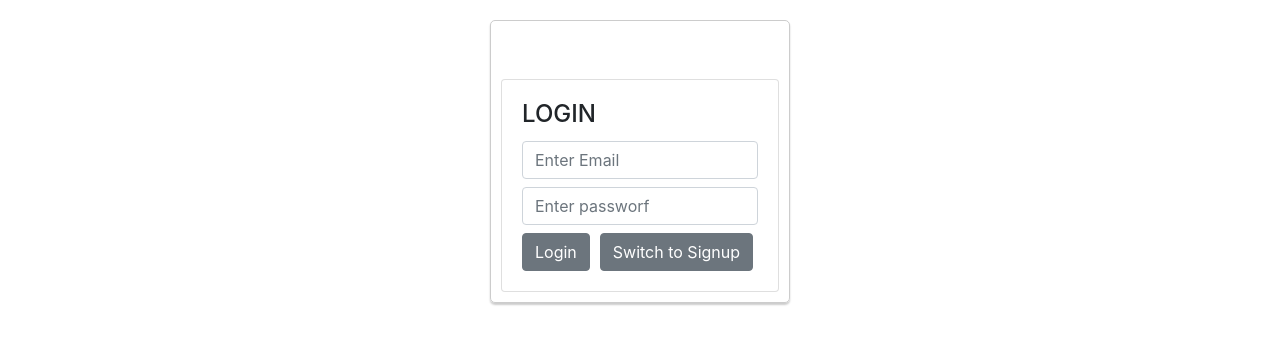
Repository: hosseinemami1370/iranicard
Page: /auth
An editor plug-in stored every save of this project. The page is shown before and after the next save, followed by the edit.
The browser window is 1280 px wide. The pictures show the whole page.
The project was rebuilt for these pictures with package versions that can differ from the ones it lists, and the page was loaded fresh each time. The framework's server and built-in components were replaced by stand-ins that run in the browser. Also part of the build but not shown: nuxt.config.js, components/Header.vue, components/Logo.vue, components/UI/AppButton.vue, components/navigation/Header.vue, layouts/admin.vue, layouts/error.vue, layouts/header.vue.

Above is the page before, as saved 2021-03-13 15:39:14.

### layouts/default.vue
<template>
  <div>
    <!-- <Header /> -->
    <Nuxt />
  </div>
</template>
<script>
// import Header from '@/components/navigation/Header'
//  export default {
//    components:{
//      Header
//    }
//  }

// </script>

<style>
html {
  font-family:
    'Source Sans Pro',
    -apple-system,
    BlinkMacSystemFont,
    'Segoe UI',
    Roboto,
    'Helvetica Neue',
    Arial,
    sans-serif;
  font-size: 16px;
  word-spacing: 1px;
  -ms-text-size-adjust: 100%;
  -webkit-text-size-adjust: 100%;
  -moz-osx-font-smoothing: grayscale;
  -webkit-font-smoothing: antialiased;
  box-sizing: border-box;
}

*,
*::before,
*::after {
  box-sizing: border-box;
  margin: 0;
}

.button--green {
  display: inline-block;
  border-radius: 4px;
  border: 1px solid #3b8070;
  color: #3b8070;
  text-decoration: none;
  padding: 10px 30px;
}

.button--green:hover {
  color: #fff;
  background-color: #3b8070;
}

.button--grey {
  display: inline-block;
  border-radius: 4px;
  border: 1px solid #35495e;
  color: #35495e;
  text-decoration: none;
  padding: 10px 30px;
  margin-left: 15px;
}

.button--grey:hover {
  color: #fff;
  background-color: #35495e;
}
</style>

### pages/auth/index.vue
<template>
 <div class="admin-auth-page">
    <div class="auth-container">
  <b-card title="LOGIN" style="max-with:10rem" class="mt-5">
      <b-form @submit.prevent="onSubmite">
          <b-form-input  id="email" v-model="email" placeholder="Enter Email">

          </b-form-input>
          <b-form-input class="mt-2" id="password" v-model="password" placeholder="Enter passworf">

          </b-form-input>
          <div class="mt-2">
              <b-button type="submit" >{{ isLogin ? 'Login' : 'Sign Up' }}</b-button>
              <b-button type="bottun" style="margin-left:10px" @click="isLogin = !isLogin">Switch to {{ isLogin ? 'Signup' : 'Login' }}</b-button>
          </div>
      </b-form>
  </b-card>
    </div>
    </div>
</template>

<script>
export default {
data() {
    return {
      isLogin: true,
      email:'',
      password:''
    }
}
}
</script>

<style scoped>
    .admin-auth-page {
  padding: 20px;
}

.auth-container {
  border: 1px solid #ccc;
  border-radius: 5px;
  box-shadow: 0 2px 2px #ccc;
  width: 300px;
  margin: auto;
  padding: 10px;
  box-sizing: border-box;
}
</style>

After the next save:
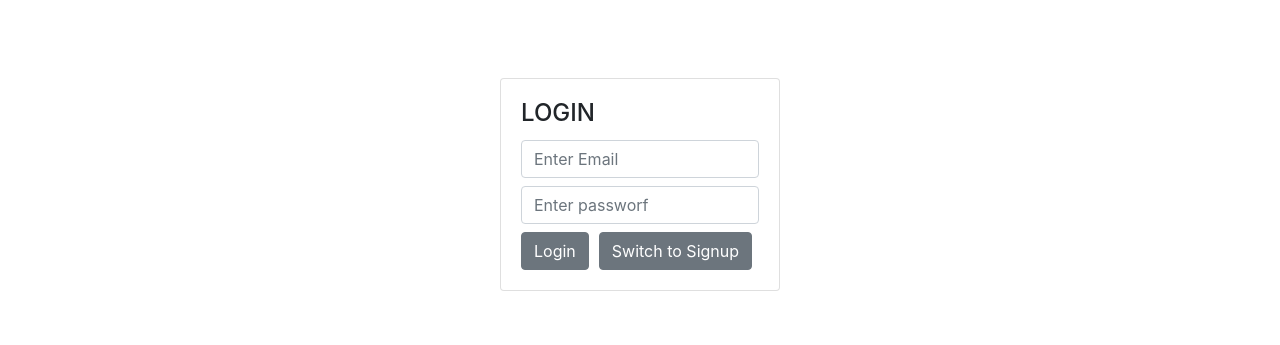
Saved 60 s later.
--- a/pages/auth/index.vue
+++ b/pages/auth/index.vue
@@ -37,12 +37,12 @@
 }
 
 .auth-container {
-  border: 1px solid #ccc;
+  /* border: 1px solid #ccc;
   border-radius: 5px;
-  box-shadow: 0 2px 2px #ccc;
+  box-shadow: 0 2px 2px #ccc; */
   width: 300px;
   margin: auto;
   padding: 10px;
-  box-sizing: border-box;
+  /* box-sizing: border-box; */
 }
 </style>
